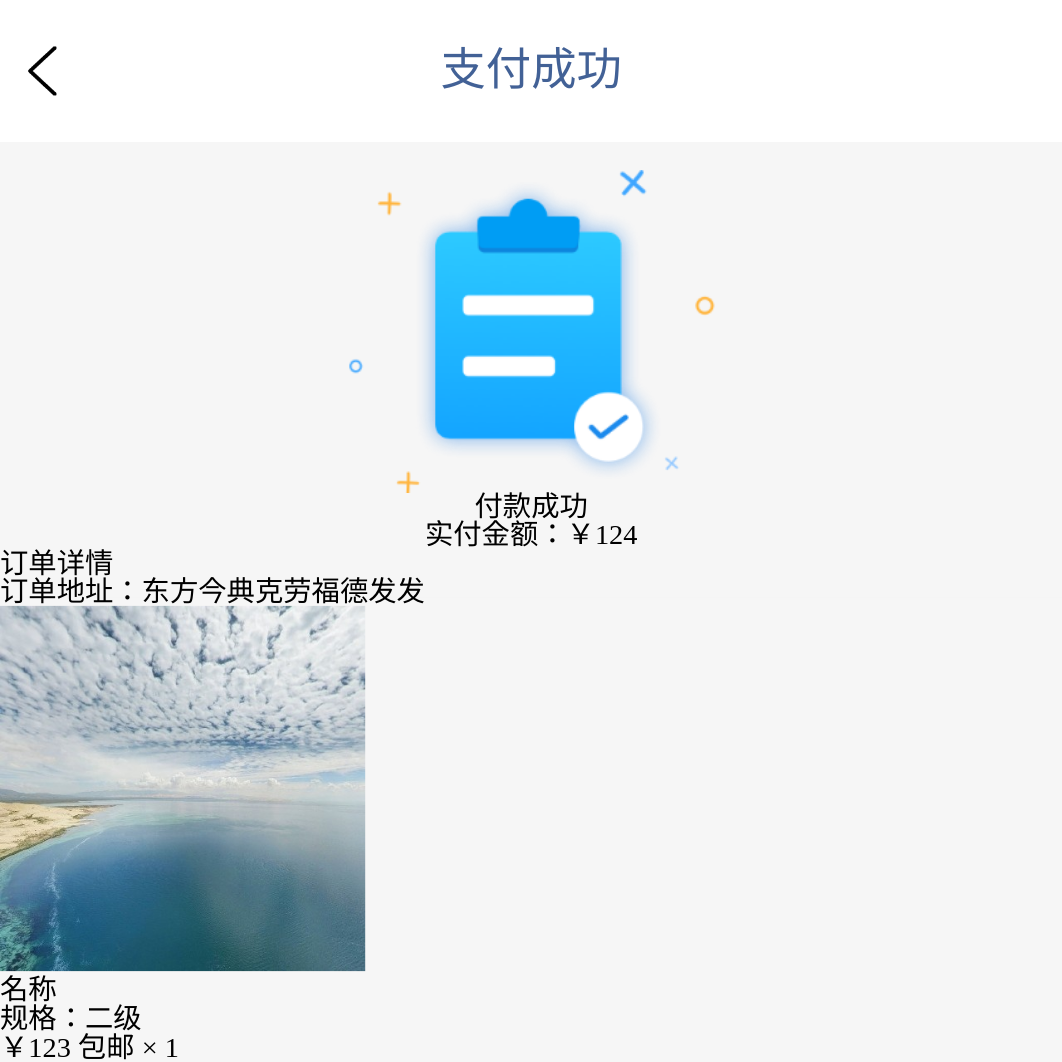
Repository: 421538074/sell
Page: consumer/pay-success.html
The author's editor kept a copy of each file at every save. The page is drawn from the files as they stood at one save, then again after the next save.
The browser window is 1280 px wide. The pictures show the whole page, at 83% of full size.

Above is the page before, as saved 2019-05-31 15:12:02.

### consumer/pay-success.html
<!DOCTYPE html>
<html lang="en">

<head>
    <meta charset="UTF-8">
    <meta name="viewport" content="width=device-width, initial-scale=1.0">
    <meta http-equiv="X-UA-Compatible" content="ie=edge">
    <title>支付成功</title>
    <link rel="stylesheet" href="../css/base.css">
    <link rel="stylesheet" href="css/common.css">
    <link rel="stylesheet" href="css/pay-success.css">
</head>

<body>
    <div id="app" class="content">
        <nav @click="back" class="nav-bar-wrapper">
            <img src="../img/back.png" class="back-icon">
            <p class="nav-bar-title">支付成功</p>
        </nav>
        <div class="order-success-wrapper">
            <img src="../img/order-success.png" class="order-success-icon">
            <p class="order-success-title">付款成功</p>
            <p class="show-actual-money">实付金额：￥124</p>
        </div>
        <div class="order-detail-wrapper">
            <p class="order-detail-title">订单详情</p>
            <p class="order-address">
                订单地址：东方今典克劳福德发发
            </p>
        </div>
        <ul class="order-goods-list-wrapper">
            <li class="order-item">
                <img src="../img/1.jpg" class="goods-icon">
                <div class="goods-detail">
                    <p class="goods-title ellipse">名称</p>
                    <p class="goods-category">规格：二级</p>
                    <p class="goods-price-num">
                        <span class="price">￥123</span>
                        <span class="post">包邮</span>
                        <span class="num">× 1</span>
                    </p>
                </div>
            </li>
        </ul>
    </div>
    <script src="../js/api.js"></script>
    <script src="../js/jquery.min.js"></script>
    <script src="../js/vue.js"></script>
    <script src="js/vue-mixin.js"></script>
</body>

</html>

### css/base.css
/* http://meyerweb.com/eric/tools/css/reset/
   v2.0 | 20110126
   License: none (public domain)
*/

html,
body,
div,
span,
applet,
object,
iframe,
h1,
h2,
h3,
h4,
h5,
h6,
p,
blockquote,
pre,
a,
abbr,
acronym,
address,
big,
cite,
code,
del,
dfn,
em,
img,
ins,
kbd,
q,
s,
samp,
small,
strike,
strong,
sub,
sup,
tt,
var,
b,
u,
i,
center,
dl,
dt,
dd,
ol,
ul,
li,
fieldset,
form,
label,
legend,
table,
caption,
tbody,
tfoot,
thead,
tr,
th,
td,
article,
aside,
canvas,
details,
embed,
figure,
figcaption,
footer,
header,
hgroup,
menu,
nav,
output,
ruby,
section,
summary,
time,
mark,
audio,
video {
    margin: 0;
    padding: 0;
    border: 0;
    font-size: 100%;
    font: inherit;
    vertical-align: baseline;
}

/* HTML5 display-role reset for older browsers */
article,
aside,
details,
figcaption,
figure,
footer,
header,
hgroup,
menu,
nav,
section {
    display: block;
}

body {
    line-height: 1;
}

ol,
ul {
    list-style: none;
}

blockquote,
q {
    quotes: none;
}

blockquote:before,
blockquote:after,
q:before,
q:after {
    content: '';
    content: none;
}

table {
    border-collapse: collapse;
    border-spacing: 0;
}


body,
html {
    font-size: calc(100vw / 37.5) !important;
    font-family: PingFangSC-Medium;
    background: #F2F2F2;
}


[v-cloak] {
    display: none;
}


hr {
    margin: 0;
    padding: 0;
}

.clearfix {
    zoom: 1;
}

.clearfix:after {
    content: ".";
    display: block;
    visibility: hidden;
    height: 0;
    clear: both;
}

[v-cloak] {
    display: none;
}

### consumer/css/common.css
*{
    box-sizing: border-box;
}
html,body{
    background: #f6f6f6;
}
html,body,div.content{
    height: 100%;
}
/*底部菜单栏*/
nav.tool-bar-wrapper {
    height: 5rem;
    background: #ffffff;
    display: flex;
    align-items: center;
    justify-content: space-around;
}
a.nav-item {
    color: #888888;
    text-decoration: none;
    font-size: 1.5rem;
    display: flex;
    flex-direction: column;
    align-items: center;
    justify-content: space-around;
    height: 90%;
}
a.nav-item.active{
    color: #0093FF;
}
img.nav-item-icon{
    width: 1.5rem;
    height: 1.5rem;
}
.ellipsis{
    overflow: hidden;
    white-space: nowrap;
    text-overflow: ellipsis;
}
/*顶部返回栏 */
nav.nav-bar-wrapper {
    background: #FFFFFF;
    height: 5rem;
    display: flex;
    align-items: center;
    justify-content: space-around;
    position: fixed;
    width: 100%;
    top: 0;
    z-index: 2;
    font-size: 1.6rem;
    color: #426196;
}
img.back-icon {
    position: absolute;
    width: 1rem;
    left: 1rem;
}

### consumer/css/pay-success.css
div.content {
    padding-top: 5rem;
}
.order-success-wrapper {
    display: flex;
    align-items: center;
    justify-content: center;
    flex-direction: column;
    padding-top: 1rem;
}
img.order-success-icon {
    width: 35%;
    height: auto;
}

### js/api.js
function getUrlKey(name) {
    return decodeURIComponent((new RegExp('[?|&]' + name + '=' + '([^&;]+?)(&|#|;|$)').exec(location.href) || [, ""])[1].replace(/\+/g, '%20')) || null;
}


// window.warn = {
//     alert: function alert(msg) {
//         var template = `
// `
//         $('body').append(template);
//         $('.alert-body').animate({
//             top: "40px"
//         }, 200);
//         // setTimeout(function () {
//         //     warn.close();
//         // }, 1500);
//     },
//     close: function close() {
//         $('.alert-body').animate({
//             top: "-280px"
//         }, 200);
//         setTimeout(function () {
//             $('#alert-msg').remove();
//         }, 200);
//     }
// };

### consumer/js/vue-mixin.js
Vue.mixin({
    methods: {
        /**
         * 返回
         */
        back() {
            history.go(-1);
        },
        /**
         * 限制长度
         * @param {String} 要限制长度的字段
         * @param {Number} 长度
         */
        limitLength(key, length) {
            this[key] = this[key].substring(0, length);
        },
        /**
         * 验证11位手机号
         * @param {Number} phone
         */
        validatePhone(phone) {
            const phoneReg = /^[1-9][0-9]{9}[0-9]$/;
            return phoneReg.test(phone);
        },
        /**
         * 发送手机验证码
         * @param {Number} waitTimeKey 等待时间键名
         * @param {String} tipsKey 发送验证码显示的信息的键名
         * @param {String} phoneKey 手机号键名
         * @param {String} reSendMsg  按钮默认显示的文字
         */
        sendCode(waitTimeKey, tipsKey, phoneKey, defaultMsg) {
            if (!this.validatePhone(this[phoneKey])) {
                alert('无效手机号!');
                return;
            }
            if (this[waitTimeKey] == 60) {
                $.post('', {
                        phone: this[phoneKey]
                    }, (res) => {
                        if (res.status == 1) {
                            const interval = setInterval(() => {
                                if (this[waitTimeKey] == 1) {
                                    this[waitTimeKey] = 60;
                                    this[tipsKey] = defaultMsg;
                                    clearInterval(interval);
                                    return;
                                }
                                this[waitTimeKey] -= 1;
                                this[tipsKey] = `${this[waitTimeKey]}s`;
                            }, 1000);
                        } else {
                            alert('发送失败!');
                        }
                    }, 'json')
                    .fail(err => {
                        alert('服务器异常!');
                    });
            }
        },
        /**
         * 链接跳转
         * @param {String} url
         */
        linkTo(url) {
            window.location.href = url;
        }
    },
    filters: {

    }
})

Loaded but not shown: js/jquery.min.js (library); js/vue.js (library)

After the next save:
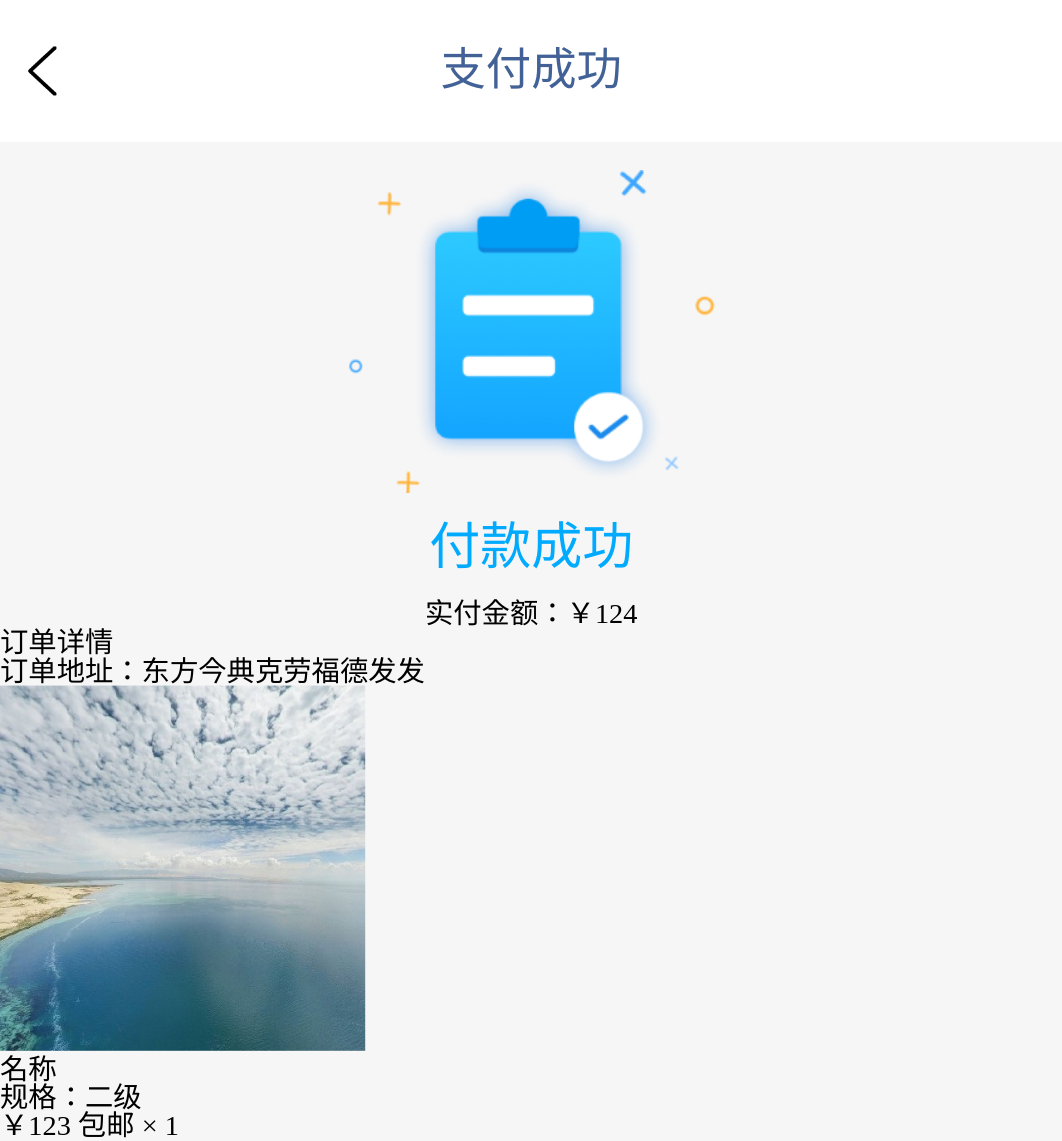
Saved 38 s later.
--- a/consumer/css/pay-success.css
+++ b/consumer/css/pay-success.css
@@ -12,3 +12,8 @@ img.order-success-icon {
     width: 35%;
     height: auto;
 }
+p.order-success-title {
+    color: #00ABFF;
+    font-size: 1.8rem;
+    margin: 1rem;
+}
